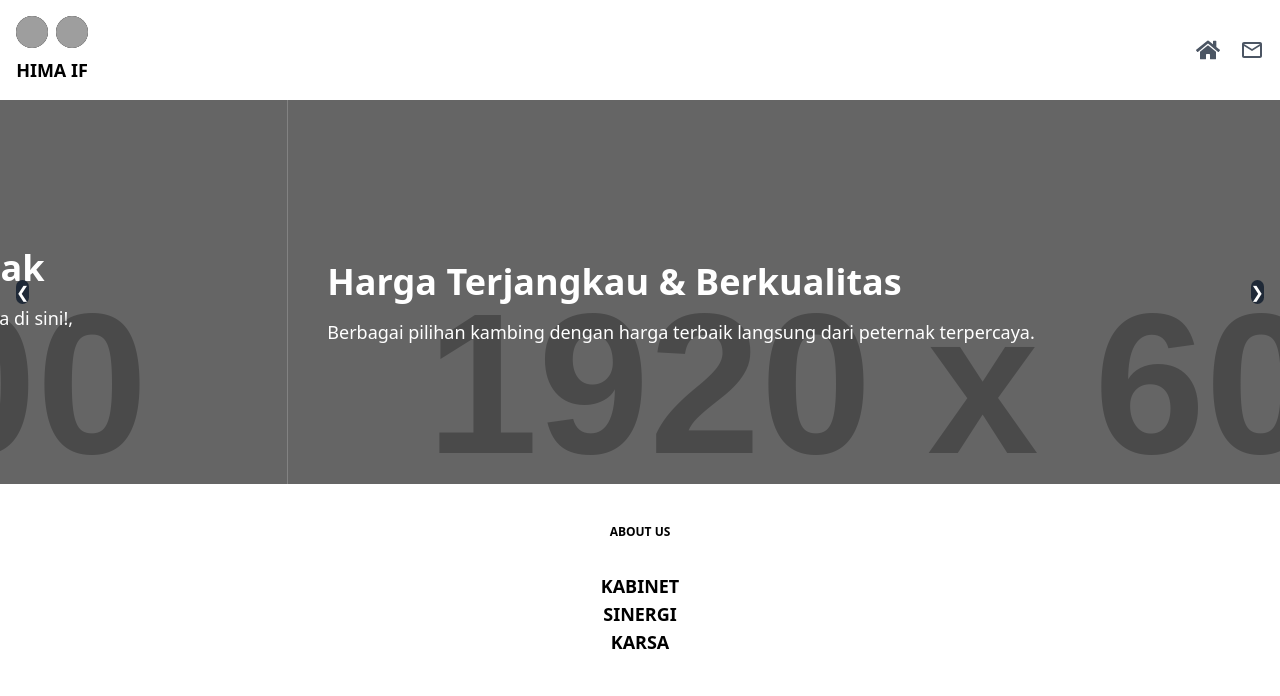
Repository: MUHAMADTEGARWIJAYA/himaif
Page: /
These files come from the project's save history. The page is drawn as it stood at one moment and after the next save; the edit follows.
The browser window is 1280 px wide. The pictures show the whole page.
Pictures or frames that could not be fetched are drawn as grey boxes. The project was rebuilt for these pictures with package versions that can differ from the ones it lists, and the page was loaded fresh each time. Also part of the build but not shown: vite.config.js.

Above is the page before, as saved 2024-12-21 14:49:41.

### src/main.jsx
import React from 'react'
import ReactDOM from "react-dom/client"
import './index.css'
import App from './App.jsx'
import { BrowserRouter } from 'react-router-dom'

ReactDOM.createRoot(document.getElementById('root')).render(
  <React.StrictMode>
    <BrowserRouter>
    <App />
    </BrowserRouter>
  </React.StrictMode>
);

### src/App.jsx
import { Routes, Route } from "react-router-dom";
import Slider from "./pages/Content";
import LandingPage from "./layout/LandingPageLay";
import Card from "./pages/Members";

export default function App() {
  return (
    <Routes>
      <Route element={<LandingPage />}>
         <Route path="/" element={<Slider   />}/>
         <Route path="/" element={<Card   />}/>
      </Route>
    </Routes>
  );
}

### src/pages/Content.jsx
import { useState, useEffect } from "react";

const Slider = () => {
  const slides = [
    {
      id: 1,
      image: "https://via.placeholder.com/1920x600", // Ganti dengan URL gambar
      title: "Mudah & Transparan! Kambing Langsung dari Peternak",
      description:
        "Akses langsung ke peternak, harga transparan, dan kualitas terjamin. Pilih kambing untuk kebutuhan Anda hanya di sini!, jdsudvudvbduvbdvbdiobvbvsudvds",
    },
    {
      id: 2,
      image: "https://via.placeholder.com/1920x600", // Ganti dengan URL gambar
      title: "Harga Terjangkau & Berkualitas",
      description:
        "Berbagai pilihan kambing dengan harga terbaik langsung dari peternak terpercaya.",
    },
    {
      id: 3,
      image: "https://via.placeholder.com/1920x600", // Ganti dengan URL gambar
      title: "Pesan Sekarang, Nikmati Kemudahan",
      description:
        "Proses cepat, aman, dan terintegrasi untuk kebutuhan kambing Anda.",
    },
  ];

  const [currentIndex, setCurrentIndex] = useState(0);

  useEffect(() => {
    const interval = setInterval(() => {
      setCurrentIndex((prevIndex) =>
        prevIndex === slides.length - 1 ? 0 : prevIndex + 1
      );
    }, 5000); // Ganti dengan waktu delay (ms)
    return () => clearInterval(interval);
  }, [slides.length]);

  const prevSlide = () => {
    setCurrentIndex(currentIndex === 0 ? slides.length - 1 : currentIndex - 1);
  };

  const nextSlide = () => {
    setCurrentIndex((currentIndex + 1) % slides.length);
  };

  return (
    <div className="relative w-full h-96 overflow-hidden">
      <div
        className="flex transition-transform duration-1000"
        style={{ transform: `translateX(-${currentIndex * 100}%)` }}
      >
        {slides.map((slide) => (
          <div
            key={slide.id}
            className="w-full h-[600px] flex-shrink-0 relative"
            style={{
              backgroundImage: `url(${slide.image})`,
              backgroundSize: "cover",
              backgroundPosition: "center",
            }}
          >
            <div className="absolute inset-0 bg-black bg-opacity-50 flex flex-col justify-center mb-48 items-start p-10 text-white">
              <h1 className="text-4xl font-bold mb-4">{slide.title}</h1>
              <p className="text-lg">{slide.description}</p>
            </div>
          </div>
        ))}
      </div>
      <button
        onClick={prevSlide}
        className="absolute top-1/2 left-4 -translate-y-1/2 bg-gray-800 text-white rounded-full"
      >
        &#10094;
      </button>
      <button
        onClick={nextSlide}
        className="absolute top-1/2 right-4 -translate-y-1/2 bg-gray-800 text-white rounded-full"
      >
        &#10095;
      </button>
    </div>
  );
};

export default Slider;

### src/layout/LandingPageLay.jsx
import Navbar from '../pages/Navbar';

import App from "../pages/Members";
import Slider from "../pages/Content";

const LandigPage = () => {
    return (
        <div className='bg-white'>
            <Navbar />
             <Slider />
             <App />
         </div>
    );
};

export default LandigPage;

### src/pages/Members.jsx
const About = () => {
    return (
      <div className="flex flex-col justify-center items-center mt-10">
        <h3 className="text-center font-semibold text-xs">ABOUT US</h3>

          <h1 className="text-center w-24 font-bold text-lg mt-8">
            KABINET SINERGI KARSA
          </h1>

      </div>
    );
  };

  export default About;

### src/pages/Navbar.jsx
import  { useState, useEffect } from "react";
import { FaHome } from "react-icons/fa";
import { MdOutlineEmail } from "react-icons/md";

const Navbar = () => {
  const [isVisible, setIsVisible] = useState(true);

  useEffect(() => {
    const handleScroll = () => {
      // Check scroll position
      if (window.scrollY > 50) {
        setIsVisible(false); // Hide when scrolled down
      } else {
        setIsVisible(true); // Show when at top
      }
    };

    window.addEventListener("scroll", handleScroll);

    // Cleanup event listener on unmount
    return () => {
      window.removeEventListener("scroll", handleScroll);
    };
  }, []);

  return (
    <div className="relative">
      <div
        className={`flex items-center p-4 bg-transparent justify-between space-x-5 text-white transition-transform duration-300 ${
          isVisible ? "translate-y-0" : "-translate-y-full"
        }`}
      >
        {/* Bagian Kiri */}
        <div className="flex flex-col items-center space-y-2">
  <div className="flex space-x-2">
    <img
      src="image.jpg" // Gunakan default jika avatar kosong
      alt="User Avatar"
      className="w-8 h-8 bg-black rounded-full"
    />
    <img
      src="image.jpg" // Gunakan default jika avatar kosong
      alt="User Avatar"
      className="w-8 h-8 bg-black rounded-full"
    />
  </div>
  <span className="text-lg font-bold text-black">HIMA IF</span>
</div>


        {/* Bagian Kanan */}
        <div className="flex items-center relative space-x-5">
          <button className="text-gray-600 hover:text-gray-800">
            <FaHome className="w-6 h-6" />
          </button>
          <button className="text-gray-600 hover:text-gray-800">
            <MdOutlineEmail className="w-6 h-6" />
          </button>
          {/* Avatar */}

        </div>
      </div>
    </div>
  );
};

export default Navbar;

Loaded but not shown: index.html (common file); src/index.css (common file); tailwind.config.js (common file)

After the next save:
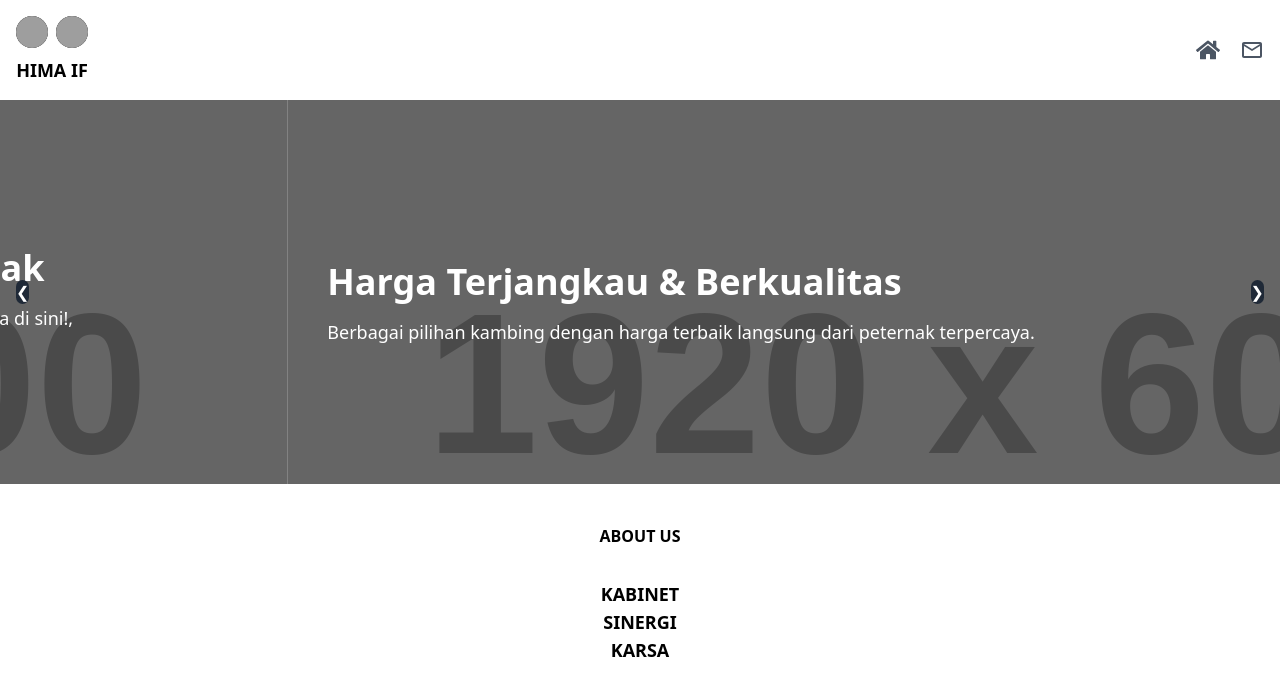
Saved 7 s later.
--- a/src/pages/Members.jsx
+++ b/src/pages/Members.jsx
@@ -1,7 +1,7 @@
 const About = () => {
     return (
       <div className="flex flex-col justify-center items-center mt-10">
-        <h3 className="text-center font-semibold text-xs">ABOUT US</h3>
+        <h3 className="text-center font-semibold text-base">ABOUT US</h3>
 
           <h1 className="text-center w-24 font-bold text-lg mt-8">
             KABINET SINERGI KARSA
